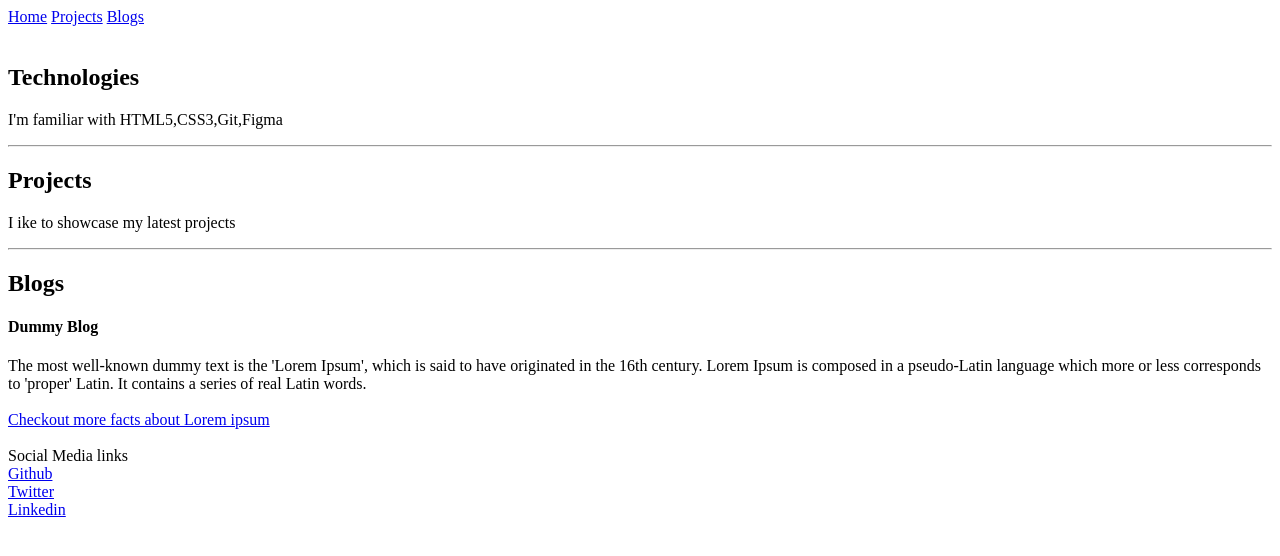
Repository: nihalani20/HTMLbyKG
Page: Projectlevel4/index.html
An editor plug-in stored every save of this project. The page is shown before and after the next save, followed by the edit.
The browser window is 1280 px wide. The pictures show the whole page.

Above is the page before, as saved 2023-12-17 11:09:19.

### Projectlevel4/index.html
<!DOCTYPE html>
<html lang="en">
<head>
  <meta charset="UTF-8">
  <meta name="viewport" content="width=device-width, initial-scale=1.0">
  <title>HTML and Project Structure</title>
</head>
<body>
  <header>
   <nav align="">
    <a href="#home">Home</a>
    <a href="#projects">Projects</a>
    <a href="#blogs">Blogs</a> <br><br>
   </nav>
  </header>
  <main>
<section>
<h2>Technologies</h2>
<p>I'm familiar with HTML5,CSS3,Git,Figma</p>
</section>
<hr>
<section>
<h2>Projects</h2>
  <p>I ike to showcase my latest projects</p>
</section>
<hr>

<section>
  <h2>Blogs</h2>
  <h4>Dummy Blog</h4>
  <article>The most well-known dummy text is the 'Lorem Ipsum', which is said to have originated in the 16th century. Lorem Ipsum
  is composed in a pseudo-Latin language which more or less corresponds to 'proper' Latin. It contains a series of real
  Latin words.</article> <br>

  <aside>

    <a href="https://www.lipsum.com/" target="_blank">Checkout more facts about Lorem ipsum</a>
  </aside><br>
</section>
  </main>
  <footer>
    Social Media links <br>
    <a href="#">Github</a><br>
    <a href="#">Twitter</a><br>
    <a href="#">Linkedin</a>

  </footer>
</body>
</html>

After the next save:
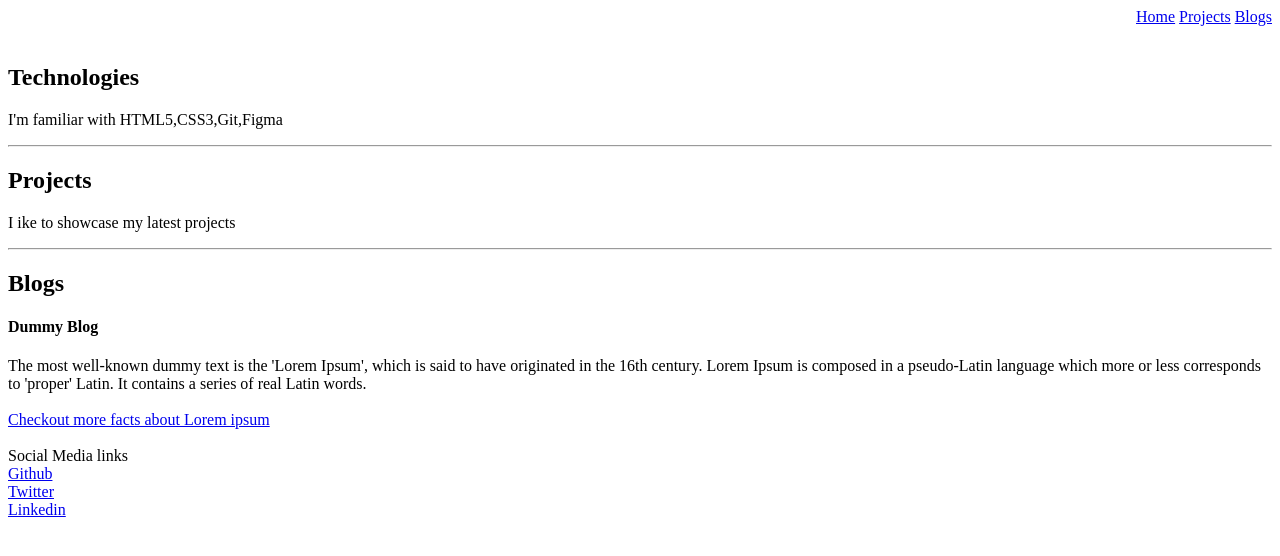
Saved 4 s later.
--- a/Projectlevel4/index.html
+++ b/Projectlevel4/index.html
@@ -7,7 +7,7 @@
 </head>
 <body>
   <header>
-   <nav align="">
+   <nav align="right">
     <a href="#home">Home</a>
     <a href="#projects">Projects</a>
     <a href="#blogs">Blogs</a> <br><br>
